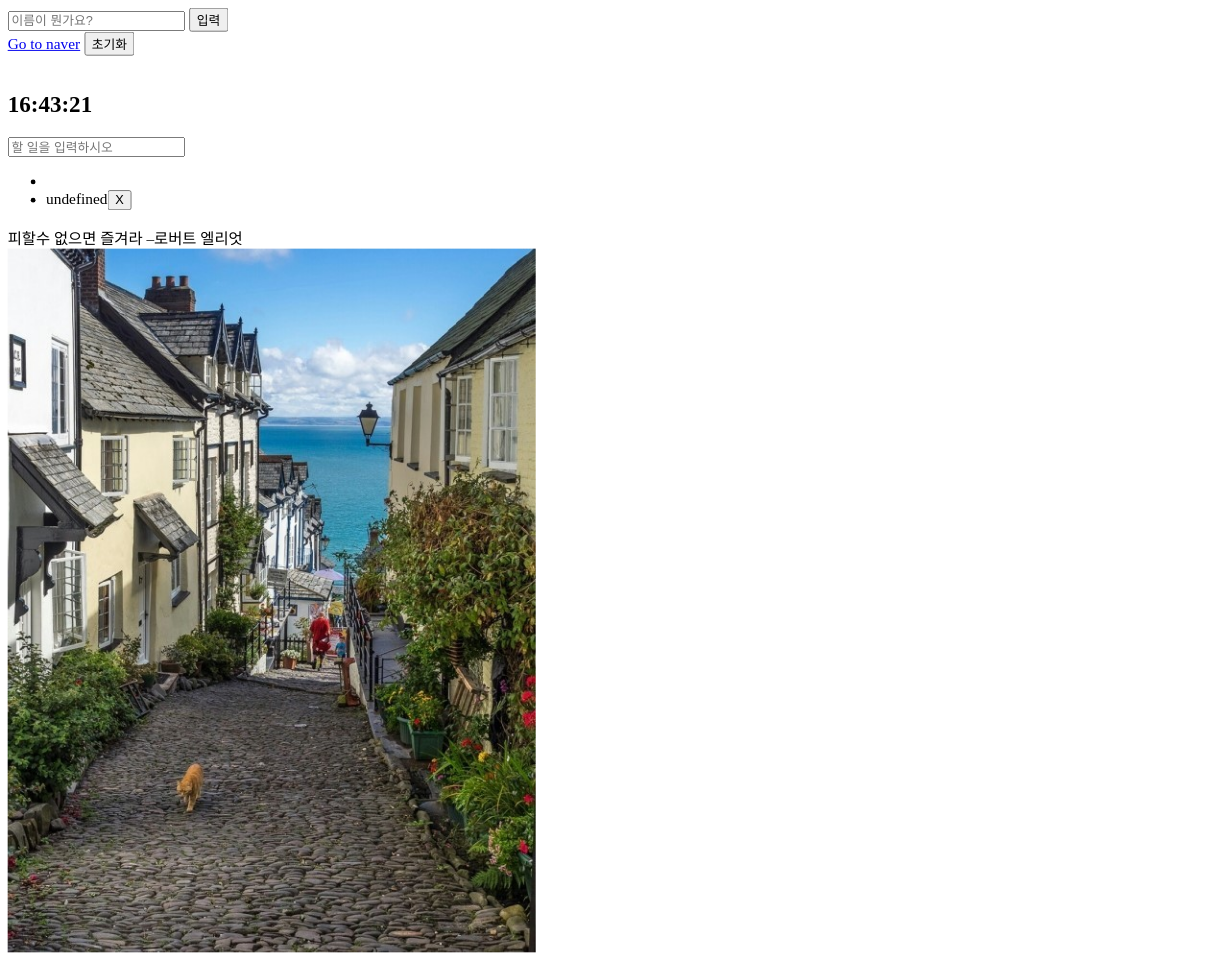
Repository: jun01270/F-E-practice
Page: index.html
An editor plug-in stored every save of this project. The page is shown before and after the next save, followed by the edit.
The browser window is 1280 px wide. The pictures show the whole page, at 96% of full size.

Above is the page before, as saved 2022-12-23 12:05:42.

### index.html
<!DOCTYPE html>
<html lang="en">
  <head>
    <meta charset="UTF-8" />
    <meta http-equiv="X-UA-Compatible" content="IE=edge" />
    <meta name="viewport" content="width=device-width, initial-scale=1.0" />
    <link rel="stylesheet" href="/css/style.css" />
    <title>Document</title>
  </head>
  <body>
    <form id="userName-form" class="hidden">
      <input required type="text" placeholder="이름이 뭔가요?" />
      <input type="submit" value="입력" />
    </form>
    <div>
      <a href="https://naver.com">Go to naver</a>
      <h1 id="result" class="hidden"></h1>
      <button class="boom">초기화</button>
    </div>
    <br />
    <h2 id="clock">00:00:00</h2>
    <form id="todo-form">
      <input type="text" placeholder="할 일을 입력하시오" />
    </form>
    <ul id="todo-list">
      <li></li>
    </ul>
    <div id="quote">
      <span></span>
      <span></span>
    </div>
    <script src="/js/greeting.js"></script>
    <script src="/js/clock.js"></script>
    <script src="/js/quotes.js"></script>
    <script src="/js/background.js"></script>
    <script src="js/todo.js"></script>
  </body>
</html>

### js/greeting.js
const userNameBtn = document.querySelector("#userName-form submit");
const userName = document.querySelector("#userName-form input");
const loginForm = document.querySelector("#userName-form");
const firstH1 = document.getElementById("result");
const SavedUserName = localStorage.getItem("username");
const HIDDEN_CLASSNAME = "hidden";
const toStart = document.querySelector("button.boom");

function loginResult(e) {
  e.preventDefault();
  loginForm.classList.add(HIDDEN_CLASSNAME);
  const userName1 = userName.value;
  localStorage.setItem("username", userName1);
  paintUserName();
}

function paintUserName() {
  const userName1 = localStorage.getItem("username");
  firstH1.innerText = `Hello ${userName1}`;
  firstH1.classList.remove(HIDDEN_CLASSNAME);
}

if (SavedUserName === null) {
  loginForm.classList.remove(HIDDEN_CLASSNAME);
  loginForm.addEventListener("submit", loginResult);
} else {
  paintUserName();
}

function deleteUserName() {
  localStorage.removeItem("username");
  location.reload();
}

toStart.addEventListener("click", deleteUserName);
console.log(toStart.className);

### js/clock.js
const clock = document.querySelector("h2#clock");

function getClock() {
  const date = new Date();
  let Hours = String(date.getHours()).padStart(2, "0");
  let Minutes = String(date.getMinutes()).padStart(2, "0");
  let Seconds = String(date.getSeconds()).padStart(2, "0");
  console.log(`${date.getHours()}:${date.getMinutes()}:${date.getSeconds()}`);
  clock.innerText = `${Hours}:${Minutes}:${Seconds}`;
}

getClock();
setInterval(getClock, 1000);

### js/quotes.js
const quotes = [
  {
    quote: "삶이 있는 한 희망은 있다",
    author: "-키케로",
  },
  {
    quote: "산다는것 그것은 치열한 전투이다.",
    author: "-로망로랑",
  },
  {
    quote: "하루에 3시간을 걸으면 7년 후에 지구를 한바퀴 돌 수 있다. ",
    author: "-사무엘존슨",
  },
  {
    quote: "언제나 현재에 집중할수 있다면 행복할것이다. ",
    author: "-파울로 코엘료",
  },
  {
    quote:
      "진정으로 웃으려면 고통을 참아야하며 , 나아가 고통을 즐길 줄 알아야 해 ",
    author: "-찰리 채플린",
  },
  {
    quote: "직업에서 행복을 찾아라. 아니면 행복이 무엇인지 절대 모를 것이다 ",
    author: "-엘버트 허버드",
  },
  {
    quote: "신은 용기있는자를 결코 버리지 않는다 ",
    author: "-켄러",
  },
  {
    quote:
      "행복의 문이 하나 닫히면 다른 문이 열린다 그러나 우리는 종종 닫힌 문을 멍하니 바라보다가 우리를 향해 열린 문을 보지 못하게 된다 ",
    author: "–헬렌켈러",
  },
  {
    quote: "피할수 없으면 즐겨라 ",
    author: "–로버트 엘리엇",
  },
];
const quoteCount = quotes.length;
const quote = document.querySelector("#quote span:first-child");
const author = document.querySelector("#quote span:last-child");
const todaysQuote = quotes[Math.floor(Math.random() * quoteCount)];

function showQuote() {
  console.log(quotes[Math.floor(Math.random() * quoteCount)]);
  quote.innerText = todaysQuote.quote;
  author.innerText = todaysQuote.author;
}

setInterval(showQuote, 1000);

### js/background.js
const images = ["flower.jpg", "street.jpg", "tree.jpg"];
const chosenImage = images[Math.floor(Math.random() * images.length)];
const bgImage = document.createElement("img");

bgImage.src = `img/${chosenImage}`;

document.body.appendChild(bgImage);

### js/todo.js
const toDoForm = document.getElementById("todo-form");
const toDoInput = document.querySelector("#todo-form input");
const toDoList = document.getElementById("todo-list");

const toDos = [];

function saveToDoLists() {
  localStorage("todos", JSON.stringify(toDos));
}

function deleteToDo(e) {
  const todoLists = e.target.parentElement;
  todoLists.remove();
}

function paintToDo(newToDo) {
  const listOfToDo = document.createElement("li");
  const span = document.createElement("span");
  span.innerText = newToDo;
  const deleteButton = document.createElement("button");
  deleteButton.innerText = "X";
  deleteButton.addEventListener("click", deleteToDo);
  listOfToDo.appendChild(span);
  listOfToDo.appendChild(deleteButton);
  toDoList.appendChild(listOfToDo);
}

function handleToDoSubmit(e) {
  e.preventDefault();
  const newToDo = toDoInput.value;
  toDoInput.value = "";
  toDos.push(newToDo);
  paintToDo(newToDo);
}

toDoForm.addEventListener("submit", handleToDoSubmit);

paintToDo();

Loaded but not shown: css/style.css (common file)

After the next save:
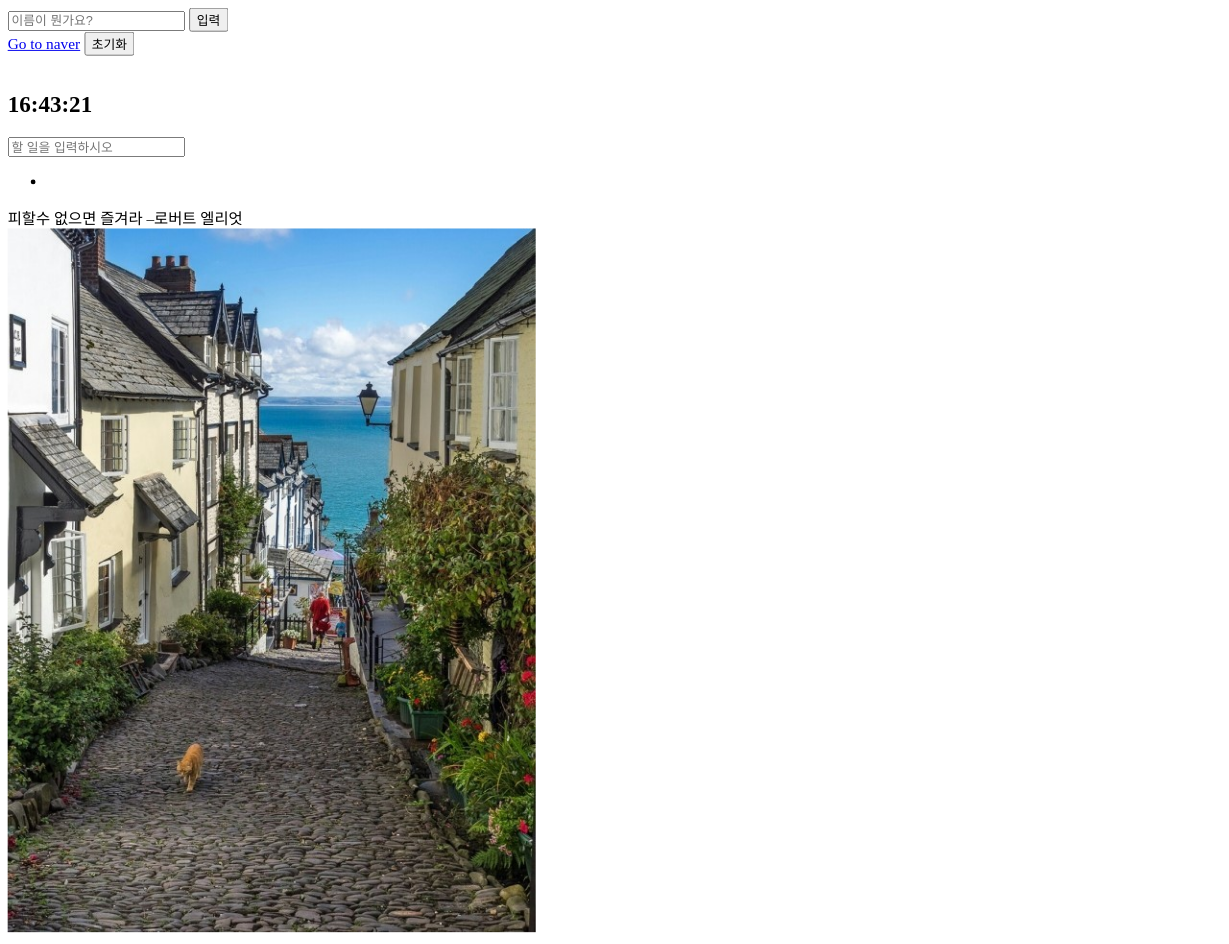
Console error: TypeError: localStorage is not a function
Saved 16 s later.
--- a/js/todo.js
+++ b/js/todo.js
@@ -20,6 +20,7 @@
   const deleteButton = document.createElement("button");
   deleteButton.innerText = "X";
   deleteButton.addEventListener("click", deleteToDo);
+  saveToDoLists();
   listOfToDo.appendChild(span);
   listOfToDo.appendChild(deleteButton);
   toDoList.appendChild(listOfToDo);

After the save that followed:
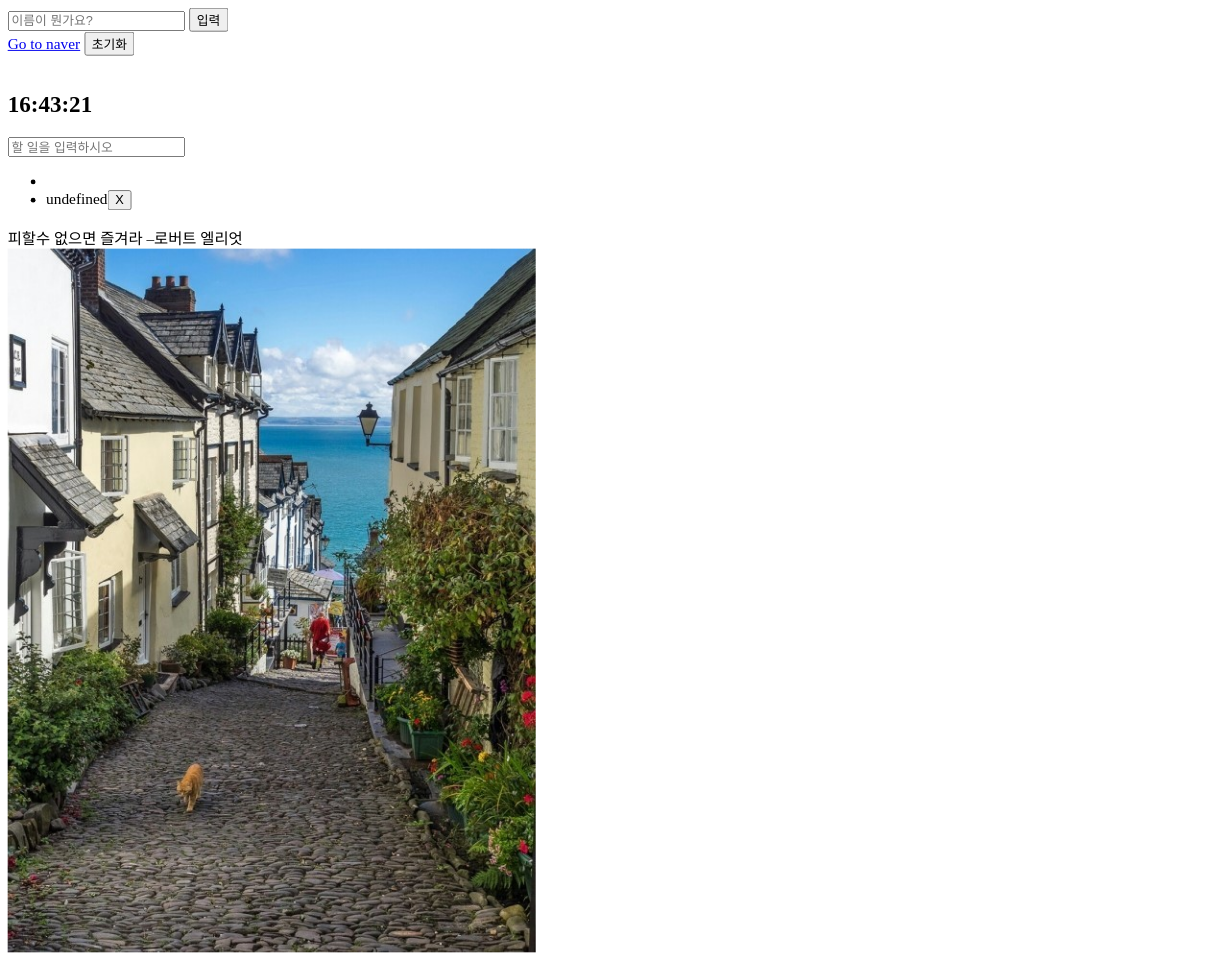
Saved 8 s later.
--- a/js/todo.js
+++ b/js/todo.js
@@ -20,10 +20,11 @@
   const deleteButton = document.createElement("button");
   deleteButton.innerText = "X";
   deleteButton.addEventListener("click", deleteToDo);
-  saveToDoLists();
+
   listOfToDo.appendChild(span);
   listOfToDo.appendChild(deleteButton);
   toDoList.appendChild(listOfToDo);
+  saveToDoLists();
 }
 
 function handleToDoSubmit(e) {
